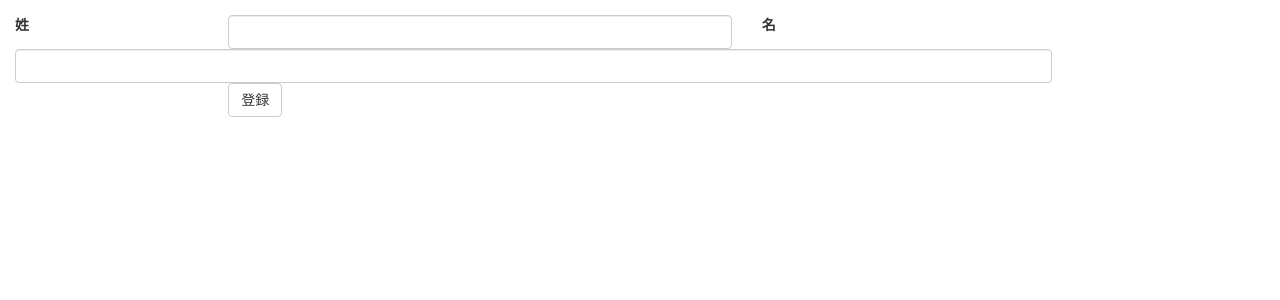
Repository: erinakatagiri/gomi
Page: bootstrap_lesson.html
The author's editor kept a record of every edit. The page is drawn from the files as they stood at one moment, then again after the next edit.
The browser window is 1280 px wide. The pictures show the whole page.

Above is the page before.

### bootstrap_lesson.html
<!DOCTYPE html>
<html>
    <head>
        <meta charset="utf-8">
        <meta http-equiv="X-UA-Compatible" content="IE=edge">
        <meta name="viewport" content="width=device-width, initial-scale=1">

        <title>Grid System Test</title>

        <!-- Bootstrap CSS-->
        <link rel="stylesheet" href="https://maxcdn.bootstrapcdn.com/bootstrap/3.3.7/css/bootstrap.min.css">
        <!-- jQuery -->
        <script src="https://ajax.googleapis.com/ajax/libs/jquery/1.12.4/jquery.min.js"></script>
        <!-- Bootstrap JavaScript-->
        <script src="https://maxcdn.bootstrapcdn.com/bootstrap/3.3.7/js/bootstrap.min.js"></script>

        <style>
            .row div {
                border: 1px solid #000;
                padding: 1em;
                text-align: center;
                background-color: #dedede;
            }

        </style>

    </head>
    <body>
       <form>
  <!-- "form-group" expresses a row -->
  <div class="form-group">
    <label class="col-xs-2 control-label">姓</label>
    <div class="col-xs-5">
      <input type="text" class="form-control"  name="lastname">
    </div>
  </div>

  <!-- row -->
  <div class="form-group">
    <label class="col-xs-2 control-label">名</label>
    <div class="col-xs-10">
      <input type="text" class="form-control"  name="
      firstname">
    </div>
  </div>

  <!-- row -->
  <div class="form-group">
    <div class="col-xs-offset-2 col-sm-10">
      <button type="submit" class="btn btn-default">登録</button>
    </div>
  </div>
</form>
    </div>
        </div>
    </body>
</html>

After the next edit:
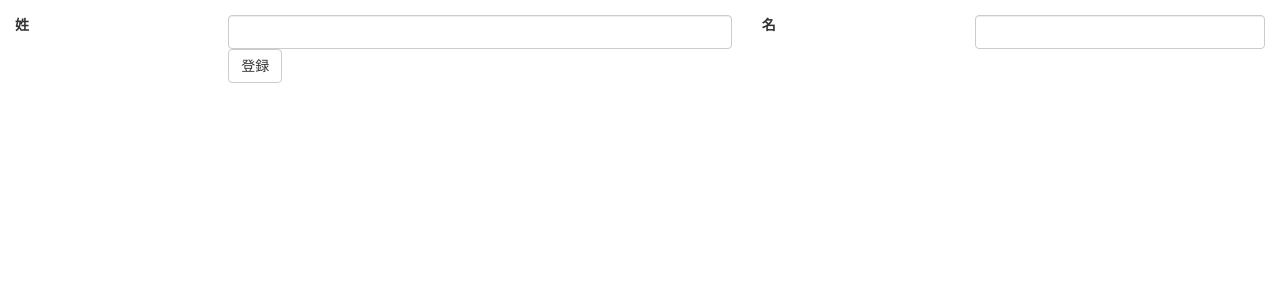
The edit:
--- a/bootstrap_lesson.html
+++ b/bootstrap_lesson.html
@@ -38,7 +38,7 @@
   <!-- row -->
   <div class="form-group">
     <label class="col-xs-2 control-label">名</label>
-    <div class="col-xs-10">
+    <div class="col-xs-3">
       <input type="text" class="form-control"  name="
       firstname">
     </div>
